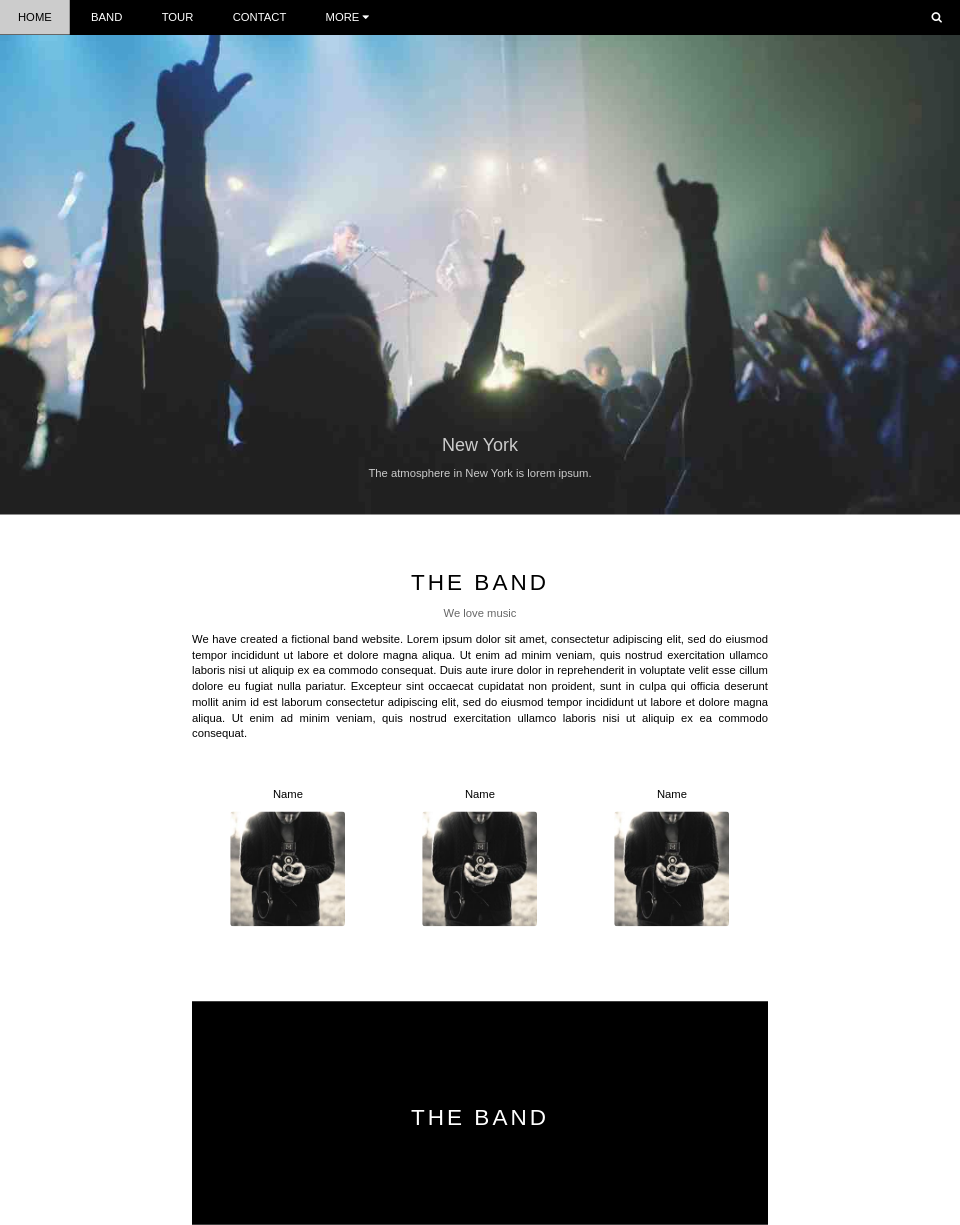
Repository: nguyenhoang2002062929/band
Page: index.html
An editor plug-in stored every save of this project. The page is shown before and after the next save, followed by the edit.
The browser window is 1280 px wide. The pictures show the whole page, at 75% of full size.

Above is the page before, as saved 2023-06-05 14:00:54.

### index.html
<!DOCTYPE html>
<html lang="en">
<head>
    <meta charset="UTF-8">
    <meta http-equiv="X-UA-Compatible" content="IE=edge">
    <meta name="viewport" content="width=device-width, initial-scale=1.0">
    <title>Bank music   </title>
    <link rel="stylesheet" href="assets/css/style.css">
    <link rel="stylesheet" href="https://cdnjs.cloudflare.com/ajax/libs/font-awesome/4.7.0/css/font-awesome.min.css">
</head>
<body>
    <div class="main">
        <div class="header">
            <ul class="nav">
                <li><a href="">HOME</a></li>
                <li><a href="">BAND</a></li>
                <li><a href="">TOUR</a></li>
                <li><a href="">CONTACT</a></li>
                <li>
                    <a href="" >MORE <i class="fa fa-caret-down"></i></a>
                    <ul class="subnav">
                        <li><a href="">Merchandise</a></li>
                        <li><a href="">Extras</a></li>
                        <li><a href="">Media</a></li>
                    </ul>
                </li>
            </ul>

            <div class="search">
                <a href=""><i class="fa fa-search"></i></a>
            </div>
        </div>

        <div class="slider">
            <div class="text-content">
                <h2 class="text-heading">New York</h2>
                <p class="text-description">The atmosphere in New York is lorem ipsum.</p>
            </div>
        </div>

        <div class="content">
            <div class="about">
                <div class="content-section">
                    <h2 class="section-heading">THE BAND</h2>
                    <p class="section-sub-heading">We love music</p>
                    <p class="section-text">We have created a fictional band website. Lorem ipsum dolor sit amet, consectetur adipiscing elit, sed do eiusmod tempor incididunt ut labore et dolore magna aliqua. Ut enim ad minim veniam, quis nostrud exercitation ullamco laboris nisi ut aliquip ex ea commodo consequat. Duis aute irure dolor in reprehenderit in voluptate velit esse cillum dolore eu fugiat nulla pariatur. Excepteur sint occaecat cupidatat non proident, sunt in culpa qui officia deserunt mollit anim id est laborum consectetur adipiscing elit, sed do eiusmod tempor incididunt ut labore et dolore magna aliqua. Ut enim ad minim veniam, quis nostrud exercitation ullamco laboris nisi ut aliquip ex ea commodo consequat.</p>
                </div>
                <div class="content-member">
                    <div class="member">
                        <div class="member-text">
                            <p>Name</p>
                        </div>
                        <div class="member-img">
                            <img src="./assets/img/member/bandmember.jpg" alt="">
                        </div>
                    </div>
                    <div class="member">
                        <div class="member-text">
                            <p>Name</p>
                        </div>
                        <div class="member-img">
                            <img src="./assets/img/member/bandmember.jpg" alt="">
                        </div>
                    </div>
                    <div class="member">
                        <div class="member-text">
                            <p>Name</p>
                        </div>
                        <div class="member-img">
                            <img src="./assets/img/member/bandmember.jpg" alt="">
                        </div>
                    </div>
                </div>
            </div>

            <!-- tour -->
            <div class="tour">
                <div class="content-section">
                    <h2 class="section-heading">THE BAND</h2>
                    <p class="section-sub-heading">We love music</p>
                </div>
            </div>

        </div>

        <div class="footer">

        </div>
    </div>
</body>
</html>

### assets/css/style.css
*{
    margin: 0;
    padding: 0;
    box-sizing: border-box;
}
html{
    font-family: Arial, Helvetica, sans-serif;
}
.header{
    z-index: 1;
    position: fixed;
    height: 46px;
    background-color: #000;
    top: 0;
    left: 0;
    right: 0;
}
.header .nav {
    display: inline-block;
   line-height: 46px;
}
.header .nav > li > a{
    text-decoration: none;
    padding: 0px 24px;
    color: #fff;
    font-size: 15px;
}
.header .nav > li{
    display: inline-block;
    position: relative;
}
.header .nav > li:hover > a{
    display: block;
    color: #000;
    background-color: #ccc;
}
.header .nav .subnav{
    position: absolute;
    display: none;
    background-color: #fff;
    box-shadow: 0 0 10px rgba(0, 0, 0, 0.3) ;
}
.subnav li{
      min-width: 160px;
      list-style-type: none;
}
.nav > li:hover > .subnav{
    display: block;
}
.subnav li:hover a{
    color: #000;
    background-color: #ccc;
}
.subnav a{
    display: block;
    text-decoration: none;
    color: #000;
    padding: 0px 24px;
}
.search{
float: right;
padding: 0 24px;
line-height: 46px;
cursor: pointer;
}
.search a{
    color: rgb(255, 255, 255);
    font-size: 15px;
}
.search:hover{
    color: rgb(255, 255, 255);
    background-color: #f44336!important;
}

.slider{
    position: relative;
    margin-top: 46px;
    padding-top: 50%;
    background: url('../img/slider/slider2.jpg') center top / cover no-repeat;
}
.slider .text-content{
    position: absolute;
    color: #ccc;
    bottom: 0;
    left: 50%;
    transform: translateX(-50%);
    text-align: center;
    padding: 32px 16px;
}
.text-content .text-heading{
    font-size: 24px;
    margin-top: 10px;
    font-weight: 200;
}
.text-content .text-description{
    font-size: 15px;
    margin: 15px 0;
}
.about{
    width: 768px;
   margin-right: auto;
    margin-left: auto;
    padding-bottom: 64px;
}
.content-section{
    text-align: center;
    padding-top: 64px;
    padding-bottom: 15px;
}
.content-section .section-heading{
    font-size: 30px;
    font-weight: 300;
    letter-spacing: 4px;
    margin: 10px;
}
.content-section .section-sub-heading{
    font-size: 15px;
    font-weight: initial;
    margin: 15px;
    opacity: 0.6;
}
.content-section .section-text{
    font-size: 15px;
    text-align: justify;
    line-height: 1.4;
}
.content-member{
    display: flex;
    text-align: center;
    align-items: center;
    padding: 32px 0;
}
.member-text{
    font-size: 15px;
    margin: 15px 0;
}
.member-img img{
    width: 153px;
    border-radius: 4px;
}
.content-member .member{

    width: 33.333%;
}
.tour{
    width: 768px;
    margin-right: auto;
     margin-left: auto;
     padding: 64px 0px;
     background-color: #000;
}
.tour .section-heading{
    color: #fff;
}

After the next save:
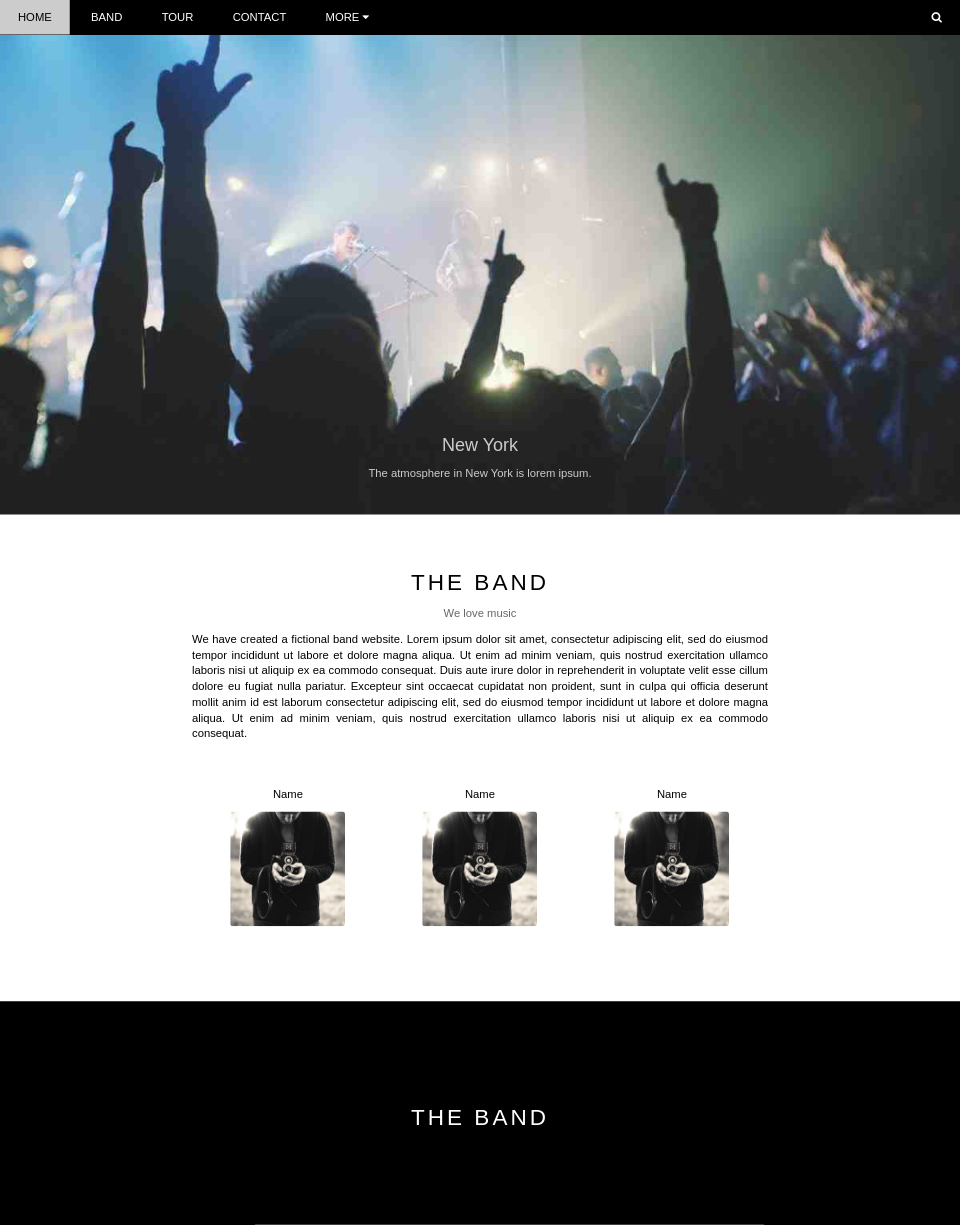
Saved 48 s later.
--- a/assets/css/style.css
+++ b/assets/css/style.css
@@ -143,9 +143,6 @@ cursor: pointer;
     width: 33.333%;
 }
 .tour{
-    width: 768px;
-    margin-right: auto;
-     margin-left: auto;
      padding: 64px 0px;
      background-color: #000;
 }
